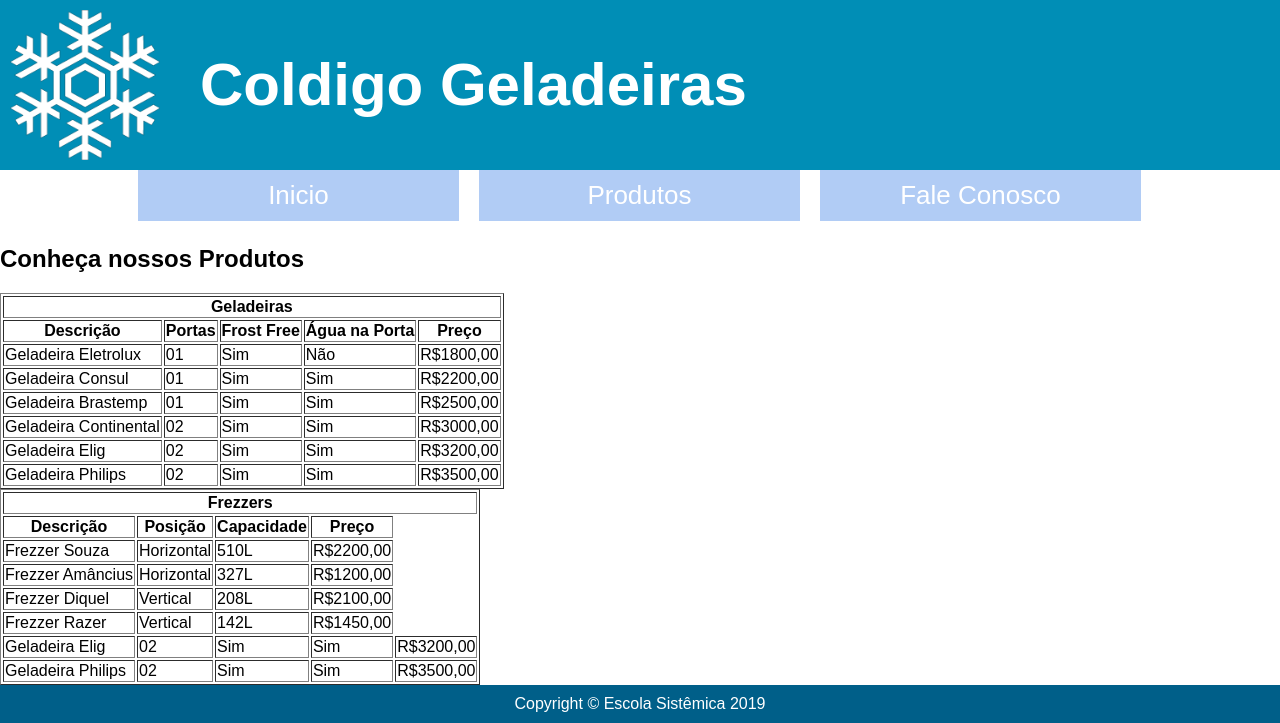
Repository: VandersonCani/Front-End
Page: ProjetoTrilhaWeb/src/main/webapp/WEB-INF/pages/site/produtos.html
These files come from the project's save history. The page is drawn as it stood at one moment and after the next save; the edit follows.
The browser window is 1280 px wide. The pictures show the whole page.

Above is the page before, as saved 2024-05-08 00:35:39.

### ProjetoTrilhaWeb/src/main/webapp/WEB-INF/pages/site/produtos.html
<!DOCTYPE html>
<html lang="pt-br">
<head>

<meta charset="UTF-8">
<meta name= "description" content= "Site da Coldigo Geladeiras">
<meta name= "keywords" content= "Geladeiras, Frost-free, Refrigeração">
<meta name= "author" content= "Escola Sistêmica">
<meta name= "viewport" content= "width=device-width, initial-scale=1.0">
<title>Coldigo Geladeiras</title>
<link rel="stylesheet" type="text/css" href="../../css/site.css">
</head>
<body>
	<header>
	<img src="../../imgs/logo.png" alt="Logo da Coldigo Geladeiras">
	<h1>Coldigo Geladeiras</h1>
	</header>
	<nav>
	<a href="../../index.html"><div class= "opcao">Inicio</div></a>
	<a href="../../pages/site/produtos.html"><div class= "opcao">Produtos</div></a>
	<a href="../../pages/site/faleconosco.html"><div class= "opcao">Fale Conosco</div></a>
	</nav>
	<section>
		<h2>Conheça nossos Produtos</h2>
		<table border= 1>
			<thead>
				<tr>
					<th colspan="5"> Geladeiras</th>
				</tr>
				<tr>
					<th>Descrição</th>
					<th>Portas</th>
					<th>Frost Free</th>
					<th>Água na Porta</th>
					<th>Preço</th>
				</tr>
			</thead>
			<tbody>
				<tr>
					<td>Geladeira Eletrolux</td>
					<td>01</td>
					<td>Sim</td>
					<td>Não</td>
					<td>R$1800,00</td>
				</tr>
				<tr>
					<td>Geladeira Consul</td>
					<td>01</td>
					<td>Sim</td>
					<td>Sim</td>
					<td>R$2200,00</td>
				</tr>
				<tr>
					<td>Geladeira Brastemp</td>
					<td>01</td>
					<td>Sim</td>
					<td>Sim</td>
					<td>R$2500,00</td>
				</tr>
				<tr>
					<td>Geladeira Continental</td>
					<td>02</td>
					<td>Sim</td>
					<td>Sim</td>
					<td>R$3000,00</td>
				</tr>
				<tr>
					<td>Geladeira Elig</td>
					<td>02</td>
					<td>Sim</td>
					<td>Sim</td>
					<td>R$3200,00</td>
				</tr>
				<tr>
					<td>Geladeira Philips</td>
					<td>02</td>
					<td>Sim</td>
					<td>Sim</td>
					<td>R$3500,00</td>
				</tr>
			</tbody>
		</table>
		<table border= 1>
			<thead>
				<tr>
					<th colspan="5"> Frezzers</th>
				</tr>
				<tr>
					<th>Descrição</th>
					<th>Posição</th>
					<th>Capacidade</th>
					<th>Preço</th>
				</tr>
			</thead>
			<tbody>
				<tr>
					<td>Frezzer Souza</td>
					<td>Horizontal</td>
					<td>510L</td>
					<td>R$2200,00</td>
				</tr>
				<tr>
					<td>Frezzer Amâncius</td>
					<td>Horizontal</td>
					<td>327L</td>
					<td>R$1200,00</td>
				</tr>
				<tr>
					<td>Frezzer Diquel</td>
					<td>Vertical</td>
					<td>208L</td>
					<td>R$2100,00</td>
				</tr>
				<tr>
					<td>Frezzer Razer</td>
					<td>Vertical</td>
					<td>142L</td>
					<td>R$1450,00</td>
				</tr>
				<tr>
					<td>Geladeira Elig</td>
					<td>02</td>
					<td>Sim</td>
					<td>Sim</td>
					<td>R$3200,00</td>
				</tr>
				<tr>
					<td>Geladeira Philips</td>
					<td>02</td>
					<td>Sim</td>
					<td>Sim</td>
					<td>R$3500,00</td>
				</tr>
			</tbody>
		</table>
	</section>
	<footer>Copyright &copy; Escola Sistêmica 2019</footer>
</body>
</html>

### ProjetoTrilhaWeb/src/main/webapp/WEB-INF/css/site.css
@charset "UTF-8";
/*configuração geral do corpo da página*/

body{
	margin: 0 auto;
	font-family:"Century Gothic", sans-serif;
}

/****************************** Configurações Gerais ***************************************/
/*cabeçalho*/
header{
	height: 170px;
	background-color: #008eb6;
}
header img{
	float: left;
	height: 150px;
	width: 150px;
	margin: 10px;
}
header h1{
	float: left;
	margin: 50px 0 0 30px;
	font-size: 60px;
	color: #ffffff;
}
/* Menu */
nav{
	clear: both;
	width: 80%;
	margin: 0px auto;
	height: 55px;
}
nav a{
	color: white;
	text-decoration: none;
	text-align: center;
}
nav .opcao{
	float: left;
	width: 31.3%;
	background-color: #b1ccf5;
	padding:10px 0;
	margin: 0 1%;
	font-size: 26px;
}
nav .opcao:hover{
	background-color:#83afd3;
}

/*Área geral para conteúdos específicos de cada página*/
section{
	clear:both;
	min-height:360px;
	width: 100%;
	margin-top: 0px;
}
footer{
	background-color:#005f89;
	color:#fff;
	text-align:center;
	padding:10px;
}

After the next save:
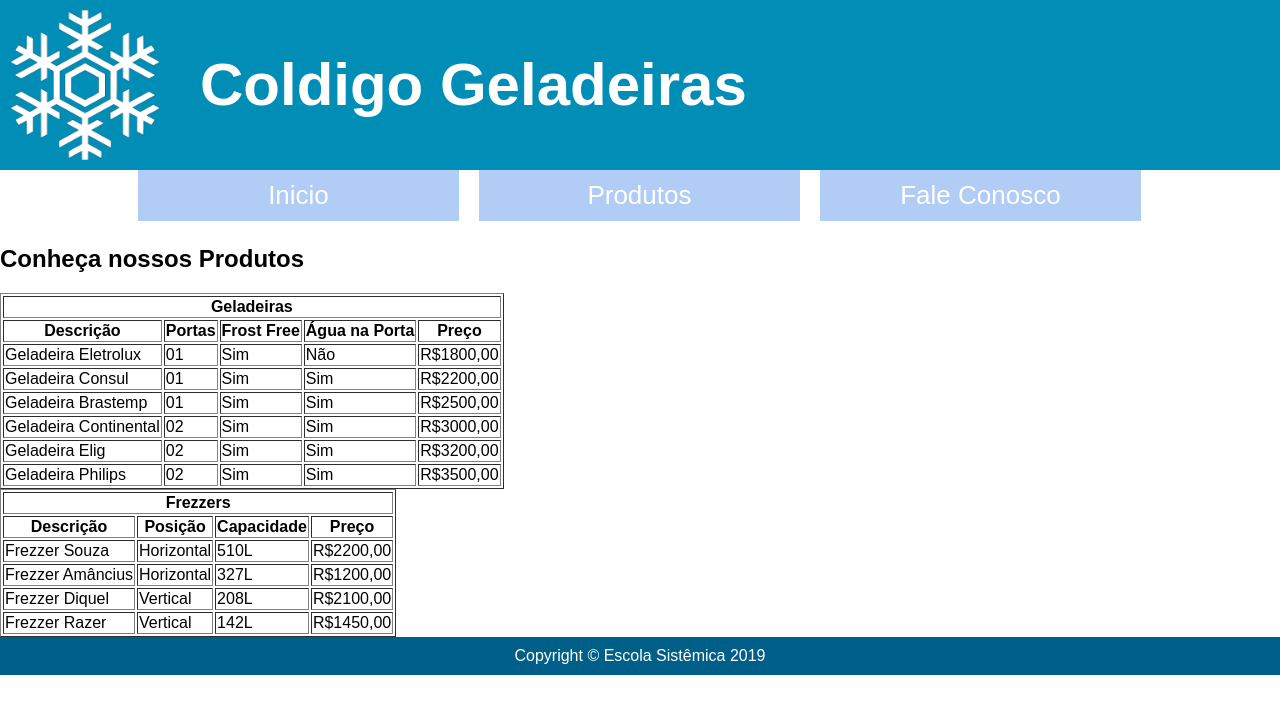
Saved 12 s later.
--- a/ProjetoTrilhaWeb/src/main/webapp/WEB-INF/pages/site/produtos.html
+++ b/ProjetoTrilhaWeb/src/main/webapp/WEB-INF/pages/site/produtos.html
@@ -117,20 +117,6 @@
 					<td>142L</td>
 					<td>R$1450,00</td>
 				</tr>
-				<tr>
-					<td>Geladeira Elig</td>
-					<td>02</td>
-					<td>Sim</td>
-					<td>Sim</td>
-					<td>R$3200,00</td>
-				</tr>
-				<tr>
-					<td>Geladeira Philips</td>
-					<td>02</td>
-					<td>Sim</td>
-					<td>Sim</td>
-					<td>R$3500,00</td>
-				</tr>
 			</tbody>
 		</table>
 	</section>
